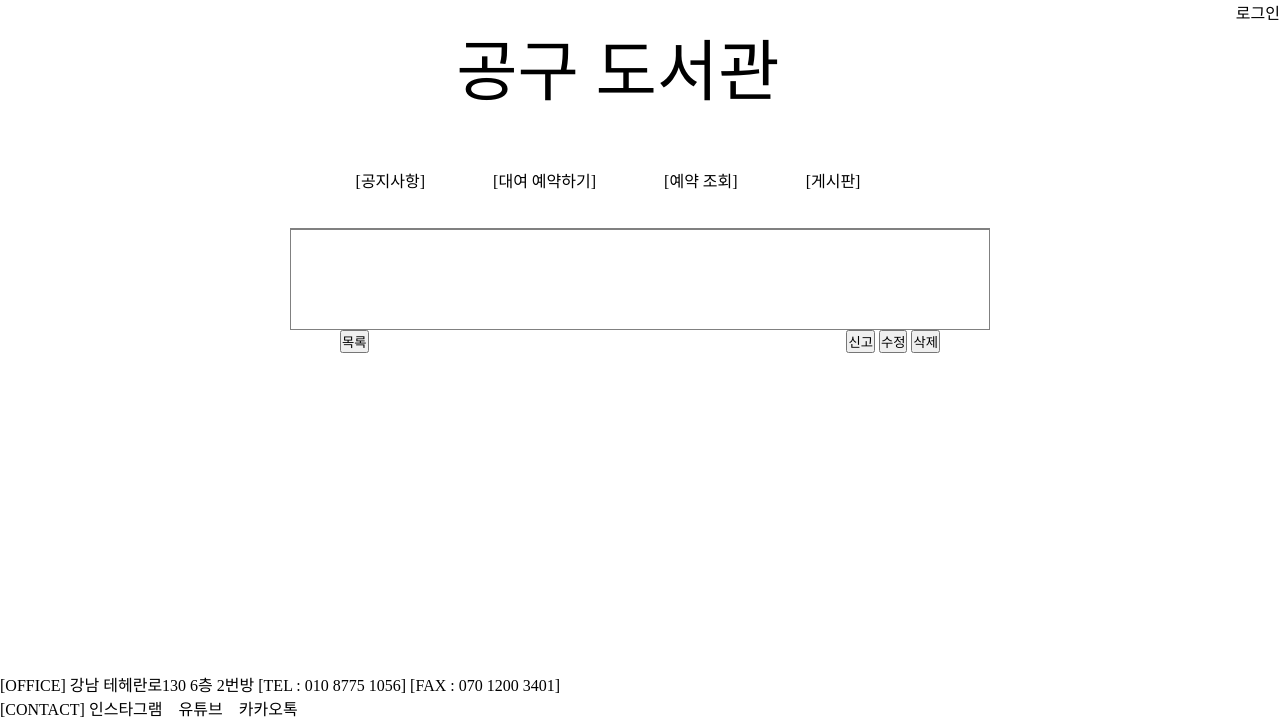
Repository: SpearManCN/MovieBox-2nd-Project-
Page: http://localhost/prj_01/WEB-INF/views/boardQnADetail.jsp
An editor plug-in stored every save of this project. The page is shown before and after the next save, followed by the edit.
The browser window is 1280 px wide. The pictures show the whole page.
The page is served by Tomcat 9. Nobody is signed in. The template is opened directly, without the code that normally fills it, so the values that code supplies are empty.

Above is the page before, as saved 2022-12-02 11:21:17.

After the next save:
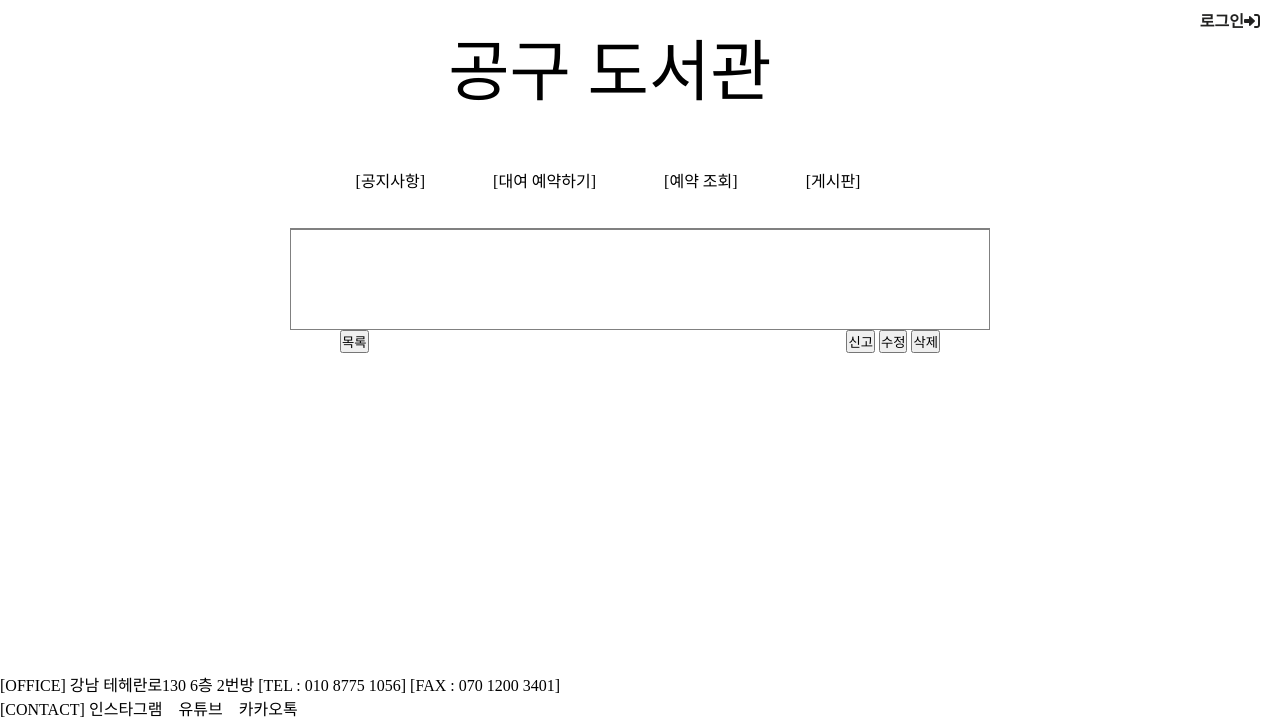
Saved 33 s later.
--- a/Second project/prj_01/src/main/webapp/WEB-INF/views/commonHeader.jsp
+++ b/Second project/prj_01/src/main/webapp/WEB-INF/views/commonHeader.jsp
@@ -176,12 +176,12 @@
 <body>
 	<form name="headerForm"></form>
 		<div style="float:right" class="headerLogin">
-		<div>
+		<div class="loginBtn">
 
 		<%
 			String email = (String)session.getAttribute("email");
 			if(email==null){	%>
-				<span style="cursor:pointer" onClick="gologin();">로그인</span>
+				<span style="cursor:pointer" onClick="gologin();">로그인<i class="fa-solid fa-right-to-bracket"></i></span>
 			<%}else if(email.equals("system")){%>
 				<span style="cursor:pointer" onClick="goAdmin();">관리자페이지</span>
 				<span style="cursor:pointer" onClick="gologout();">로그아웃</span>
